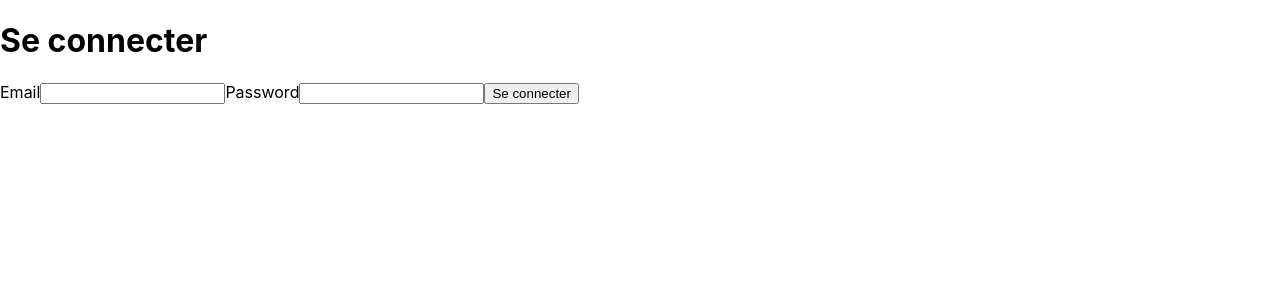
Repository: noeminihoul/testunitaire
Page: /
The author's editor kept a copy of each file at every save. The page is drawn from the files as they stood at one save, then again after the next save.
The browser window is 1280 px wide. The pictures show the whole page.
The project was rebuilt for these pictures with package versions that can differ from the ones it lists, and the page was loaded fresh each time. Also part of the build but not shown: src/App.css.

Above is the page before, as saved 2023-05-31 19:00:14.

### src/App.js
import logo from './logo.svg';
import './App.css';

function App() {
  return (
    <div>
      <h1>Se connecter</h1>
      <form>
        <label htmlFor="email">Email</label>
        <input type="email" id="email" name="email" />
        <label htmlFor="password">Password</label>
        <input type="password" id="password" name="password" />
        <button type="submit">Se connecter</button>
      </form>
    </div>
  );
}

export default App;

Loaded but not shown: public/index.html (common file); src/index.js (common file); src/index.css (common file); src/reportWebVitals.js (common file)

After the next save:
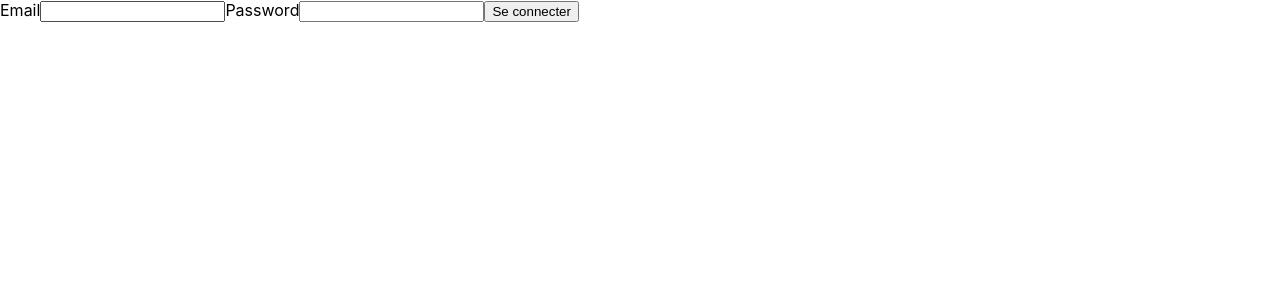
Saved 12 s later.
--- a/src/App.js
+++ b/src/App.js
@@ -4,7 +4,6 @@
 function App() {
   return (
     <div>
-      <h1>Se connecter</h1>
       <form>
         <label htmlFor="email">Email</label>
         <input type="email" id="email" name="email" />

After the save that followed:
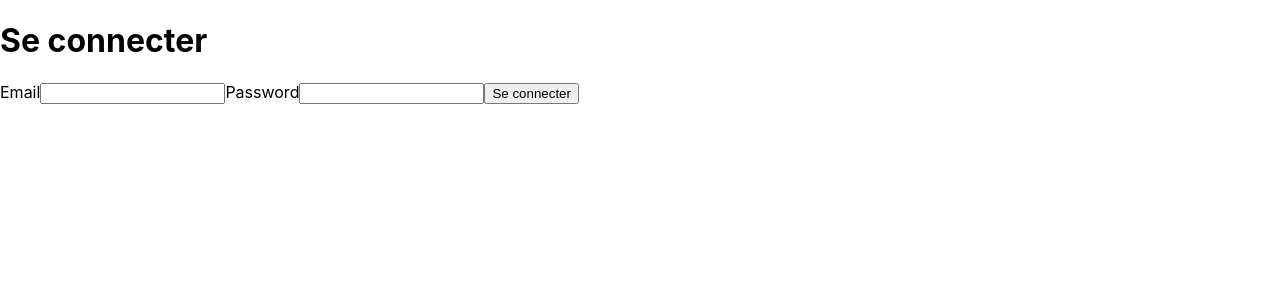
Saved 8 s later.
--- a/src/App.js
+++ b/src/App.js
@@ -4,6 +4,7 @@
 function App() {
   return (
     <div>
+      <h1>Se connecter</h1>
       <form>
         <label htmlFor="email">Email</label>
         <input type="email" id="email" name="email" />
